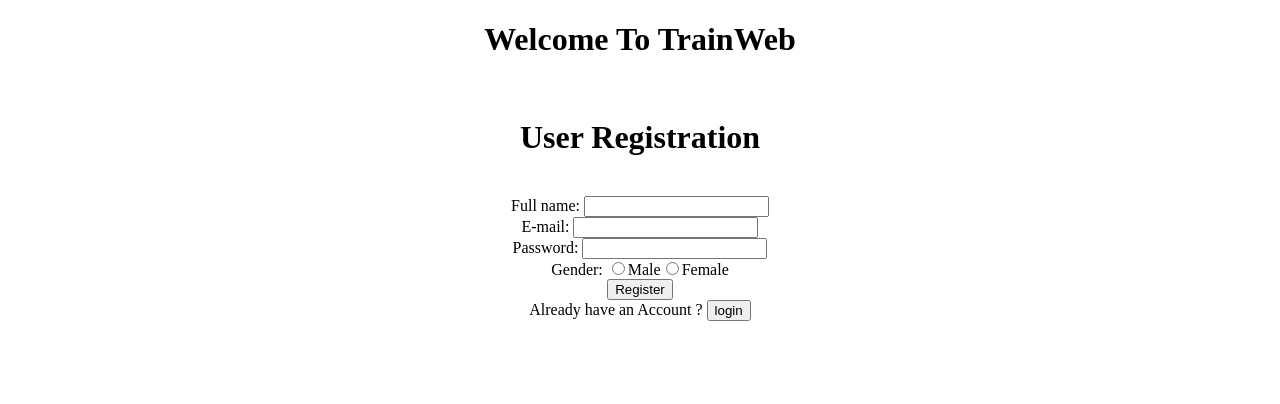
Repository: OrusuRatnamala/JAVA
Page: http://localhost/TrainWeb/
An editor plug-in stored every save of this project. The page is shown before and after the next save, followed by the edit.
The browser window is 1280 px wide. The pictures show the whole page.
The page is served by Tomcat 9. Other server files are loaded and not shown.

Above is the page before, as saved 2023-10-11 23:28:37.

### springdao/TrainWeb/src/main/webapp/index.jsp
<%@ page language="java" contentType="text/html; charset=ISO-8859-1"
	pageEncoding="ISO-8859-1"%>
<!DOCTYPE html PUBLIC "-//W3C//DTD HTML 4.01 Transitional//EN" "http://www.w3.org/TR/html4/loose.dtd">
<html>
<head>
<style>
p {
	background-image: url('C:\Users\ratnamalao\Downloads\train.png');
}
</style>

<meta http-equiv="Content-Type" content="text/html; charset=ISO-8859-1">
<title>Creation</title>
</head>
<body align="center">
	<form action="register" method="post">
		<h1>Welcome To TrainWeb</h1>
		</br>
		<h1>User Registration</h1>
		</br> Full name: <input type="text" name="name" /></br> E-mail: <input
			type="email" name="email" /></br> Password: <input type="password"
			name="password" /></br> Gender: <input type="radio" name="gender"
			value="male">Male</input><input type="radio" name="gender"
			value="female">Female</input></br> <input type="submit" value="Register" />

	</form>
	<form action="create">
		Already have an Account ? <input type="submit" value="login" />
	</form>
</body>
</html>

After the next save:
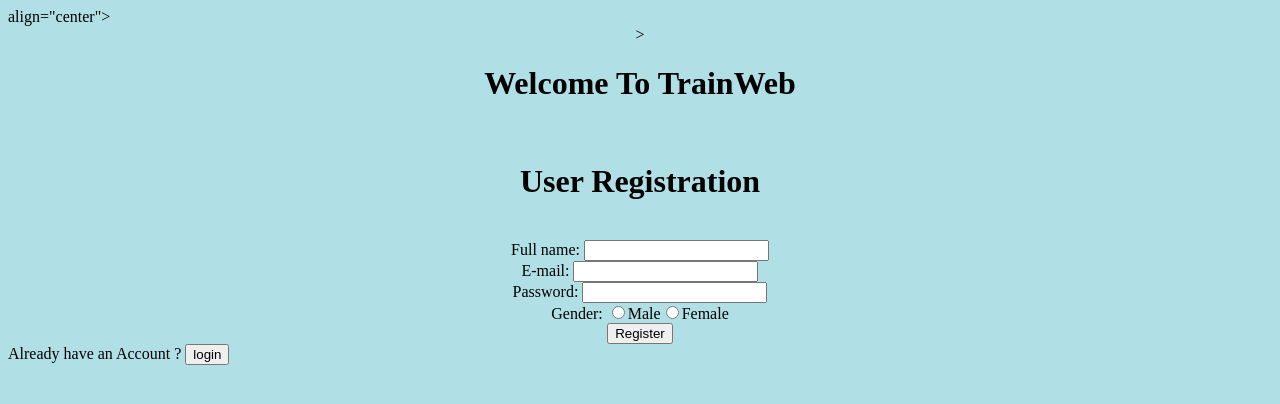
Saved 7 min 40 s later.
--- a/springdao/TrainWeb/src/main/webapp/index.jsp
+++ b/springdao/TrainWeb/src/main/webapp/index.jsp
@@ -12,8 +12,10 @@
 <meta http-equiv="Content-Type" content="text/html; charset=ISO-8859-1">
 <title>Creation</title>
 </head>
-<body align="center">
-	<form action="register" method="post">
+<body style="background-color: powderblue;">
+	align="center">
+	<form action="register" method="post" align="center">
+		>
 		<h1>Welcome To TrainWeb</h1>
 		</br>
 		<h1>User Registration</h1>

After the save that followed:
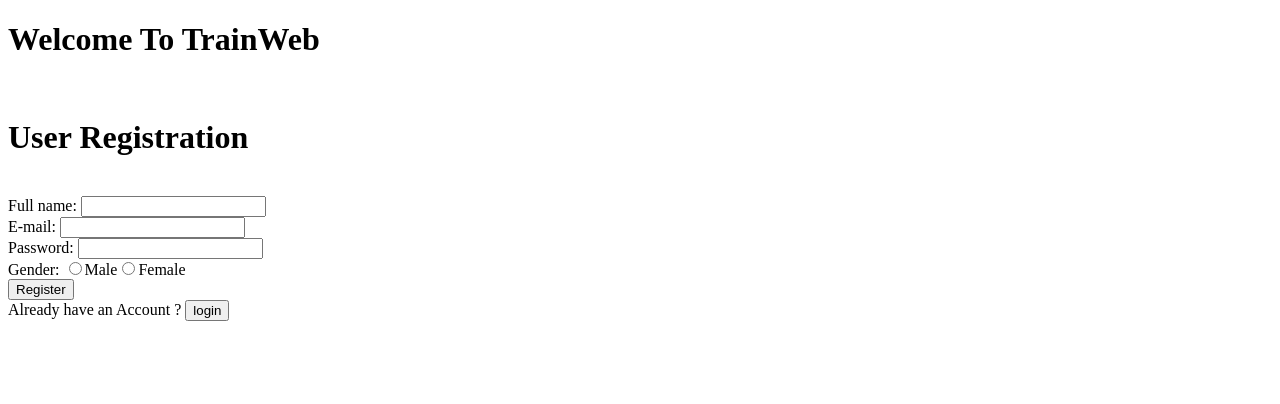
Saved 14 s later.
--- a/springdao/TrainWeb/src/main/webapp/index.jsp
+++ b/springdao/TrainWeb/src/main/webapp/index.jsp
@@ -12,10 +12,8 @@
 <meta http-equiv="Content-Type" content="text/html; charset=ISO-8859-1">
 <title>Creation</title>
 </head>
-<body style="background-color: powderblue;">
-	align="center">
-	<form action="register" method="post" align="center">
-		>
+<body ;align="center">
+	<form action="register" method="post">
 		<h1>Welcome To TrainWeb</h1>
 		</br>
 		<h1>User Registration</h1>
